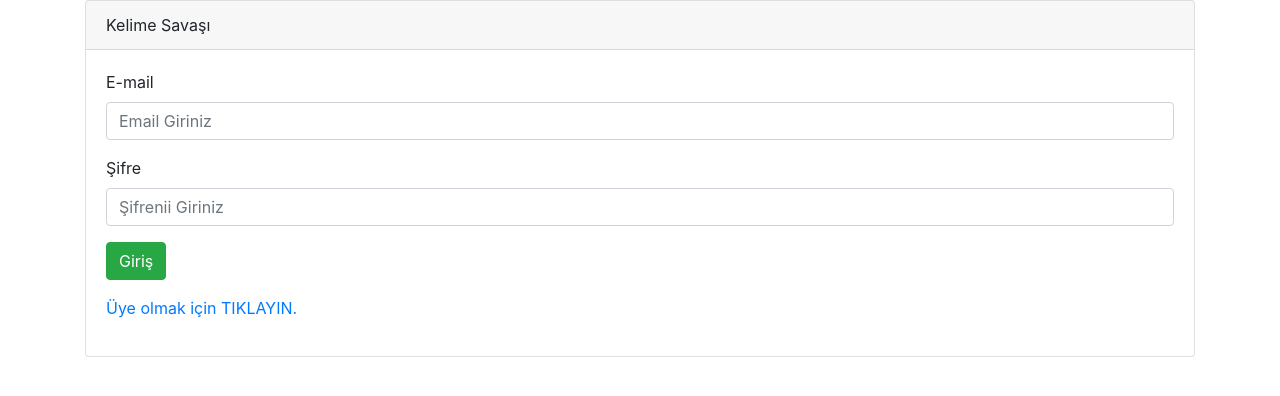
Repository: triapost/kelimeapp
Page: /login
The author's editor kept a copy of each file at every save. The page is drawn from the files as they stood at one save, then again after a run of saves.
The browser window is 1280 px wide. The pictures show the whole page.
The project was rebuilt for these pictures with package versions that can differ from the ones it lists, and the page was loaded fresh each time. Also part of the build but not shown: src/pages/auth/Register.js, src/pages/home/Home.js.

Above is the page before, as saved 2020-09-15 22:30:09.

After the next 2 saves:
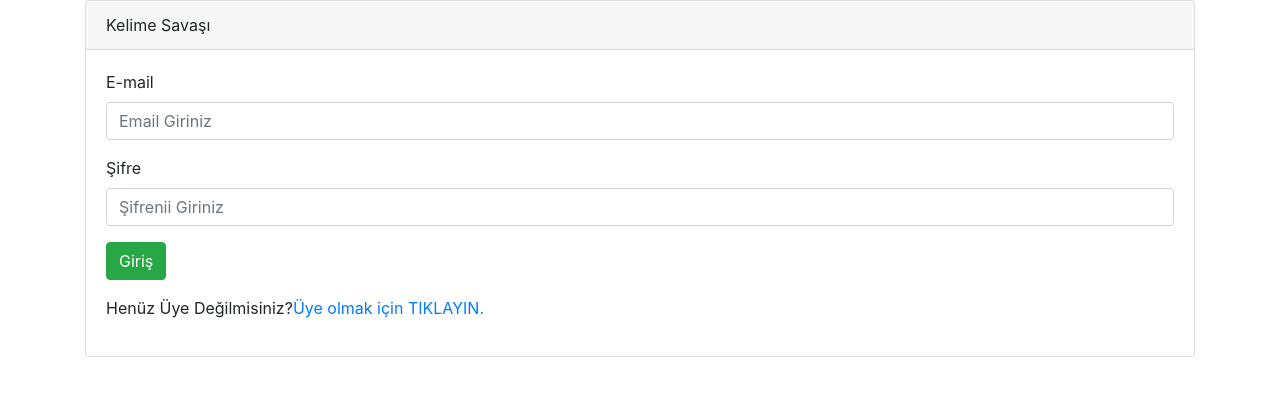
The 2 saves are shown as one change because they came seconds apart.
The last was saved 8 s later.
--- a/src/pages/auth/Login.js
+++ b/src/pages/auth/Login.js
@@ -32,10 +32,8 @@ const Login = () => {
               <button className="btn btn-success">Giriş</button>
             </div>{" "}
             <div className="form-group">
-              {" "}
-              <Link to="/register">
-                Üye olmak için TIKLAYIN.
-              </Link>
+              Henüz Üye Değilmisiniz?
+              <Link to="/register">Üye olmak için TIKLAYIN.</Link>
             </div>
           </form>
         </div>
